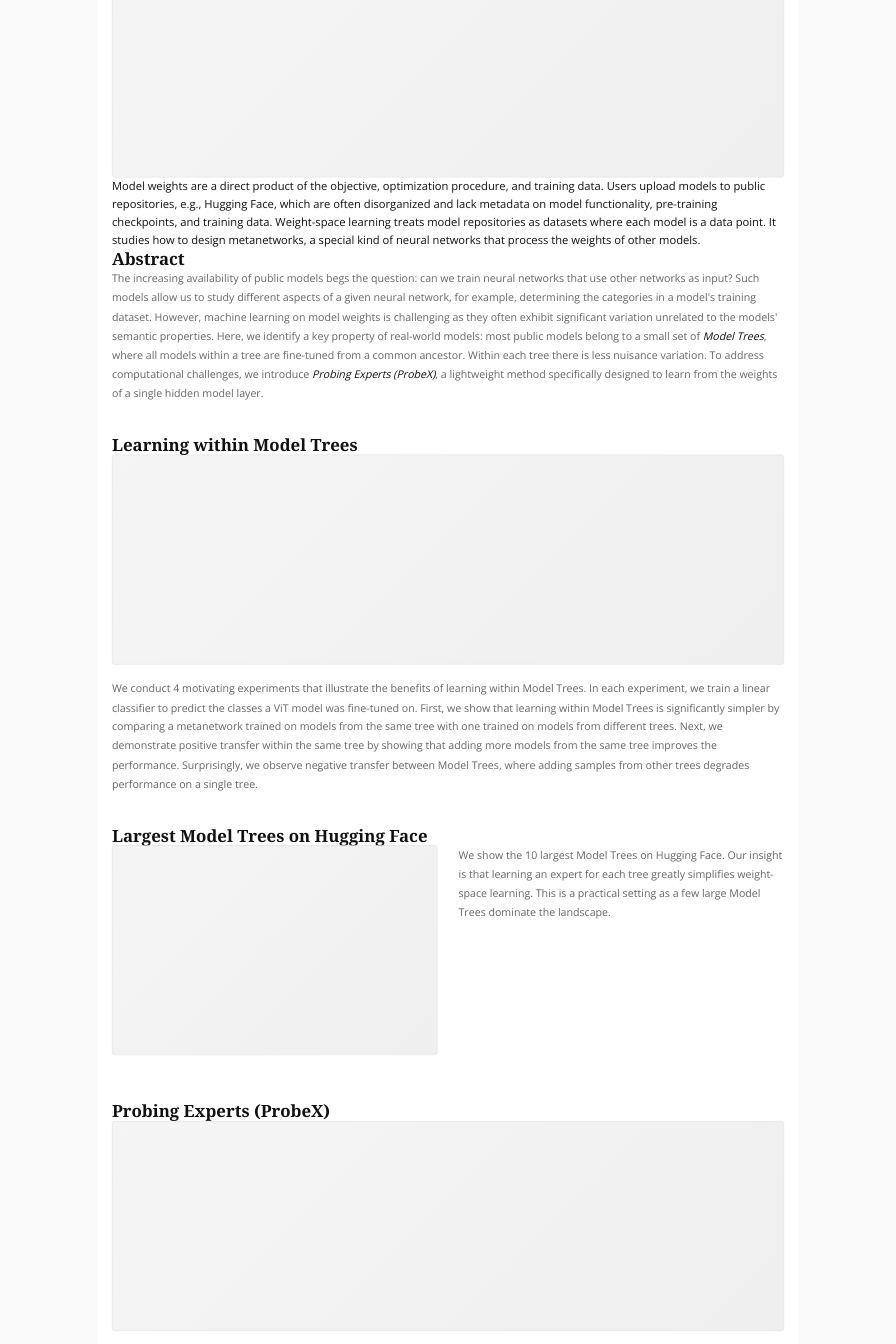
Repository: zty0304/FlowLines-web
Page: index.html
The author's editor kept a copy of each file at every save. The page is drawn from the files as they stood at one save, then again after the next save.
The browser window is 1280 px wide. The pictures show the part of the page from y = 489 to 2409 px (the page is 3457 px tall before and 3632 px after), at 70% of full size.

Above is the page before, as saved 2026-08-31 15:24:00.

After the next save:
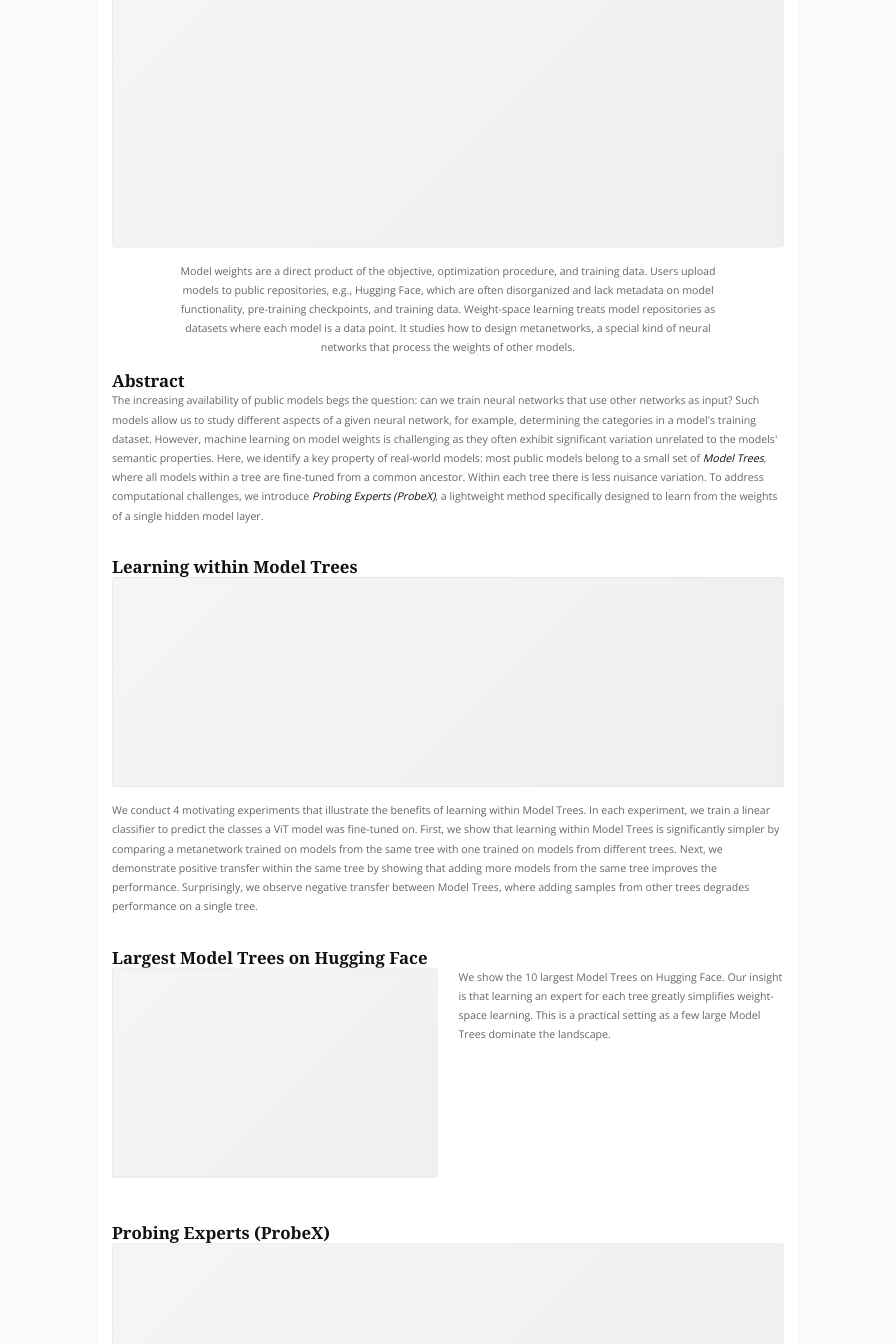
Saved 6 s later.
--- a/styles.css
+++ b/styles.css
@@ -153,19 +153,29 @@ a:hover {
   background: #e69a38;
 }
 
-.intro-section {
-  margin-bottom: 50px;
-  display: grid;
-  grid-template-columns: 1fr 1fr;
-  gap: 30px;
-  align-items: center;
-}
-
-.intro-figure {
-  margin: 0;
-}
-
-.intro-section p {
+.teaser-figure {
+  margin: 30px 0 20px 0;
+  width: 100%;
+}
+
+.placeholder-img {
+  width: 100%;
+  background: linear-gradient(135deg, #f5f5f5 0%, #efefef 100%);
+  border: 1px solid var(--border-color);
+  border-radius: 4px;
+}
+
+.placeholder-img.large {
+  height: 400px;
+}
+
+.intro-text {
+  max-width: 800px;
+  margin: 20px auto;
+  text-align: center;
+}
+
+.intro-text p {
   font-size: 0.95rem;
   line-height: 1.8;
   color: var(--muted-color);
